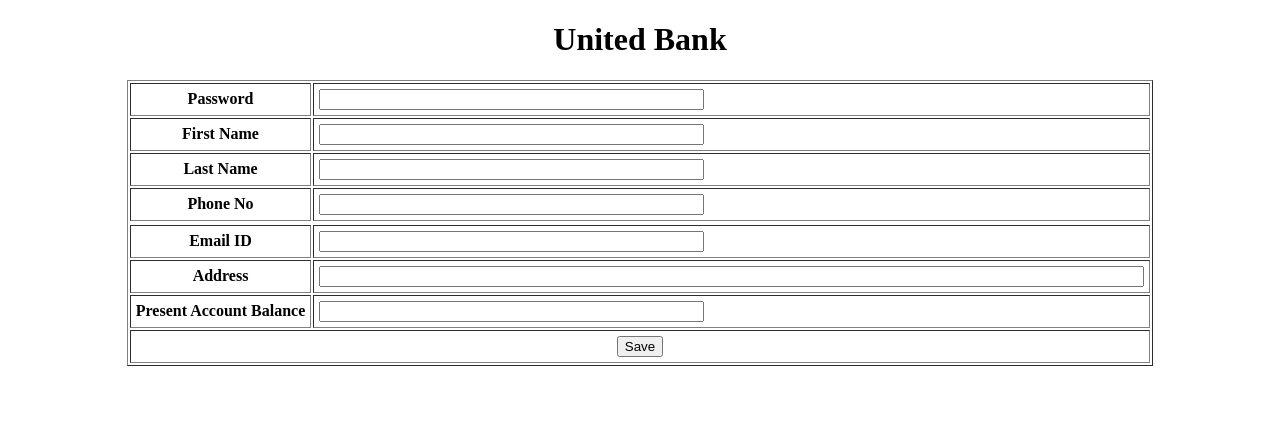
Repository: ameena017/bank-app
Page: http://localhost/banking-app/edituser.jsp
These files come from the project's save history. The page is drawn as it stood at one moment and after the next save; the edit follows.
The browser window is 1280 px wide. The pictures show the whole page.
The page is served by Tomcat 9. Nobody is signed in. The application's start-up code is not run. Other server files are loaded and not shown. The template is opened directly, without the code that normally fills it, so the values that code supplies are empty.

Above is the page before, as saved 2017-09-19 05:53:19.

### banking-app/WebContent/edituser.jsp
<%@ page language="java" contentType="text/html; charset=ISO-8859-1"
    pageEncoding="ISO-8859-1"%>
    <%@ taglib uri="http://java.sun.com/jsp/jstl/core" prefix="c" %>
<!DOCTYPE html PUBLIC "-//W3C//DTD HTML 4.01 Transitional//EN" "http://www.w3.org/TR/html4/loose.dtd">
<html>
<head>
<meta http-equiv="Content-Type" content="text/html; charset=ISO-8859-1">
<title>Edit your details</title>
</head>
<body>

<center>
        <h1>United Bank</h1>
        <!-- <h2>
            <a href="new">Click to Add New Customer</a>
            &nbsp;&nbsp;&nbsp;
            <a href="list">List All Accounts</a>

        </h2> -->
    </center>
    <div align="center">

            <form action="update" method="post">

        <table border="1" cellpadding="5">

            </caption>
                <c:if test="${bank != null}">
                    <input type="hidden" name="acc_no" value="<c:out value='${bank.acc_no}' />" />
                </c:if>
            <tr>
                <th>Password </th>
                <td>
                    <input type="password" name="password" size="45"
                            value="<c:out value='${bank.password}' />"
                        />
                </td>
            </tr>
            <tr>
                <th>First Name </th>
                <td>
                    <input type="text" name="fname" size="45"
                            value="<c:out value='${bank.fname}' />"
                    />
                </td>
            </tr>
            <tr>
                <th>Last Name </th>
                <td>
                    <input type="text" name="lnmae" size="45"
                            value="<c:out value='${bank.lname}' />"
                    />
                </td>
            </tr>

            <tr>
                <th>Phone No </th>
                <td>
                    <input type="text" name="fname" size="45"
                            value="<c:out value='${bank.phone}' />"
                    />
                </td>
            </tr>
            <tr>

            <tr>
                <th>Email ID </th>
                <td>
                    <input type="text" name="email" size="45"
                            value="<c:out value='${bank.email}' />"
                    />
                </td>
            </tr>

            <tr>
                <th>Address </th>
                <td>
                    <input type="text" name="address" size="100"
                            value="<c:out value='${bank.address}' />"
                    />
                </td>
            </tr>

            <tr>
                <th>Present Account Balance </th>
                <td>
                    <input type="text" name="amount" size="45"
                            value="<c:out value='${bank.amount}' />"
                    />
                </td>
            </tr>
                <td colspan="2" align="center">
                    <input type="submit" value="Save" />
                </td>
            </tr>
        </table>
        </form>
    </div>

</body>
</html>
<head>
<meta http-equiv="Content-Type" content="text/html; charset=ISO-8859-1">
<title>Insert title here</title>
</head>
<body>

</body>
</html>

After the next save:
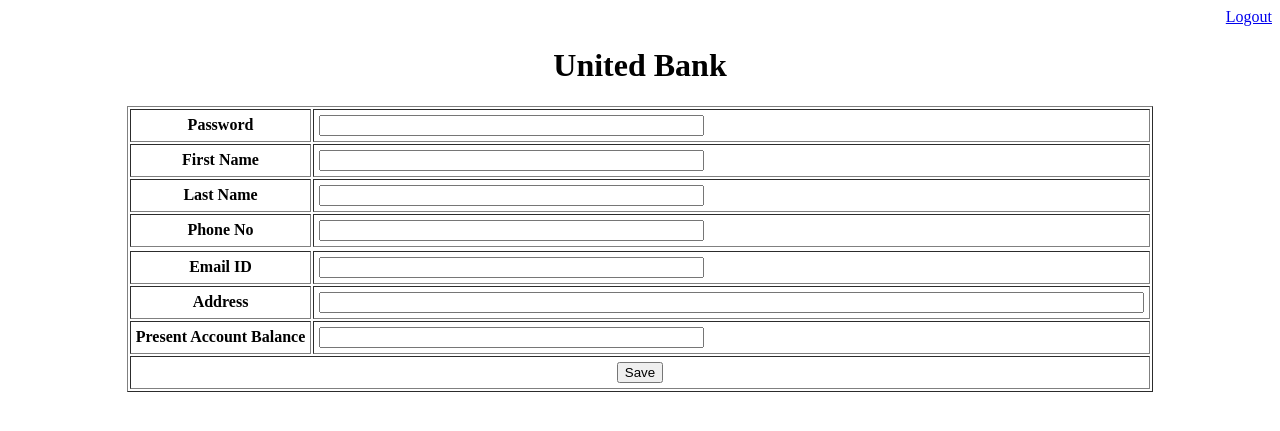
Saved 4 min 16 s later.
--- a/banking-app/WebContent/edituser.jsp
+++ b/banking-app/WebContent/edituser.jsp
@@ -8,6 +8,11 @@
 <title>Edit your details</title>
 </head>
 <body>
+
+ <div align="right">
+    <a href="logout">Logout</a>
+
+</div>
 
 <center>
         <h1>United Bank</h1>
